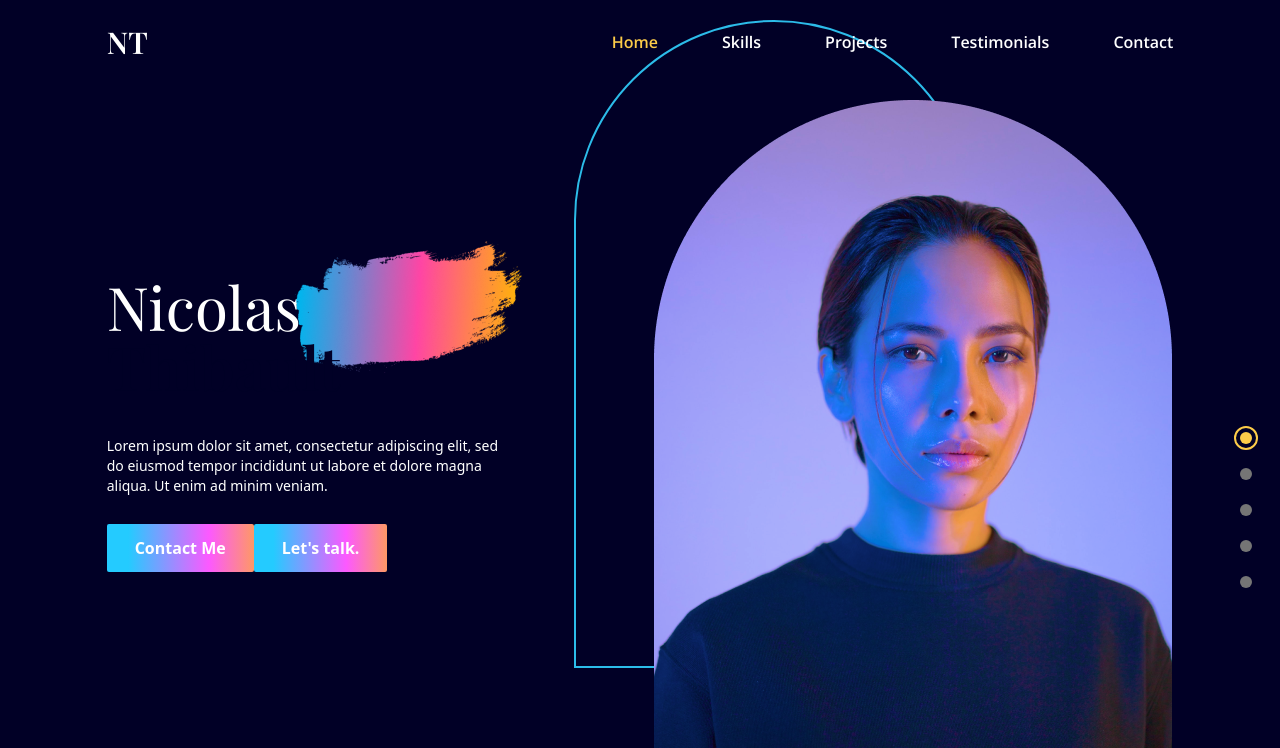
Repository: thibaultNicolas/portfolio-react
Page: /
These files come from the project's save history. The page is drawn as it stood at one moment and after the next save; the edit follows.
The browser window is 1280 px wide. The pictures show the whole page.
The project was rebuilt for these pictures with package versions that can differ from the ones it lists, and the page was loaded fresh each time. Also part of the build but not shown: next.config.ts.

Above is the page before, as saved 2023-01-08 10:48:54.

### public/index.html
<!DOCTYPE html>
<html lang="en">

<head>
  <meta charset="utf-8" />
  <link rel="icon" href="%PUBLIC_URL%/favicon.ico" />
  <meta name="viewport" content="width=device-width, initial-scale=1" />
  <meta name="theme-color" content="#000000" />
  <meta name="description" content="Web site created using create-react-app" />
  <link rel="apple-touch-icon" href="%PUBLIC_URL%/logo192.png" />
  <!--
      manifest.json provides metadata used when your web app is installed on a
      user's mobile device or desktop. See https://developers.google.com/web/fundamentals/web-app-manifest/
    -->
  <link rel="manifest" href="%PUBLIC_URL%/manifest.json" />
  <!--
      Notice the use of %PUBLIC_URL% in the tags above.
      It will be replaced with the URL of the `public` folder during the build.
      Only files inside the `public` folder can be referenced from the HTML.

      Unlike "/favicon.ico" or "favicon.ico", "%PUBLIC_URL%/favicon.ico" will
      work correctly both with client-side routing and a non-root public URL.
      Learn how to configure a non-root public URL by running `npm run build`.
    -->
  <title>React App</title>
  <link href="/public/output.css" rel="stylesheet">
</head>

<body>
  <noscript>You need to enable JavaScript to run this app.</noscript>
  <div id="root"></div>
  <!--
      This HTML file is a template.
      If you open it directly in the browser, you will see an empty page.

      You can add webfonts, meta tags, or analytics to this file.
      The build step will place the bundled scripts into the <body> tag.

      To begin the development, run `npm start` or `yarn start`.
      To create a production bundle, use `npm run build` or `yarn build`.
    -->
</body>

</html>

### src/index.css
@import url('https://fonts.googleapis.com/css2?family=Open+Sans:wght@400;600&family=Playfair+Display:wght@400;600&display=swap');

@tailwind base;
@tailwind components;
@tailwind utilities;

html,
body,
#root,
.app{
    height: 100%;
    background-color: #010026;
    @apply text-white;
}

### src/scenes/Navbar.jsx
import { useState } from 'react';
import AnchorLink from 'react-anchor-link-smooth-scroll';
import useMediaQuery from '../hooks/useMediaQuery';

const Link = ({ page, selectedPage, setSelectedPage }) => {
    const lowerCasePage = page.toLowerCase();
    return (
        <AnchorLink
            className={`${selectedPage === lowerCasePage ? 'text-yellow' : ''}
            hover:text-yellow transition duration-500`}
            href={`#${lowerCasePage}`}
            onClick={() => setSelectedPage(lowerCasePage)}
        >
            {page}
        </AnchorLink>
    );
};

const Navbar = ({ isTopOfPage, selectedPage, setSelectedPage }) => {
    const [isMenuToggled, setIsMenuToggled] = useState(false);
    const isAboveSmallScreens = useMediaQuery('(min-width:768px)');
    const navbarBackground = isTopOfPage ? "" : "bg-red";

    return (
        <nav className={`${navbarBackground} z-40 w-full fixed top-0 py-6`}>
            <div className="flex items-center justify-between mx-auto w-5/6">
                <h4 className="font-playfair text-3xl font-bold">NT</h4>

                {/* DESKTOP NAV */}
                {isAboveSmallScreens ? (
                    <div className="flex justify-between gap-16 font-openSans txt-sm font-semibold">
                        <Link
                            page="Home"
                            selectedPage={selectedPage}
                            setSelectedPage={setSelectedPage}
                        />
                        <Link
                            page="Skills"
                            selectedPage={selectedPage}
                            setSelectedPage={setSelectedPage}
                        />
                        <Link
                            page="Projects"
                            selectedPage={selectedPage}
                            setSelectedPage={setSelectedPage}
                        />
                        <Link
                            page="Testimonials"
                            selectedPage={selectedPage}
                            setSelectedPage={setSelectedPage}
                        />
                        <Link
                            page="Contact"
                            selectedPage={selectedPage}
                            setSelectedPage={setSelectedPage}
                        />
                    </div>
                ) : (
                    <button
                        className="rounded-full bg-red p-2"
                        onClick={() => setIsMenuToggled(!isMenuToggled)}
                    >
                        <img src="../assets/menu-icon.svg" alt="menu-icon" />
                    </button>
                )}

                {/* MOBILE MENU POPUP */}
                {!isAboveSmallScreens && isMenuToggled && (
                    <div className="fixed right-0 bottom-0 h-full bg-blue w-[300px]">
                        {/* CLOSE ICON */}
                        <div className="flex justify-end p-12">
                            <button
                                onClick={() => setIsMenuToggled(!isMenuToggled)}
                            >
                                <img
                                    src="../assets/close-icon.svg"
                                    alt="close-icon"
                                />
                            </button>
                        </div>
                        {/* MENU ITEMS */}
                        <div className="flex flex-col gap-10 ml-[33%] text-2xl text-deep-blue">
                            <Link
                                page="Home"
                                selectedPage={selectedPage}
                                setSelectedPage={setSelectedPage}
                            />
                            <Link
                                page="Skills"
                                selectedPage={selectedPage}
                                setSelectedPage={setSelectedPage}
                            />
                            <Link
                                page="Projects"
                                selectedPage={selectedPage}
                                setSelectedPage={setSelectedPage}
                            />
                            <Link
                                page="Testimonials"
                                selectedPage={selectedPage}
                                setSelectedPage={setSelectedPage}
                            />
                            <Link
                                page="Contact"
                                selectedPage={selectedPage}
                                setSelectedPage={setSelectedPage}
                            />
                        </div>
                    </div>
                )}
            </div>
        </nav>
    );
};

export default Navbar;

### src/scenes/DotGroup.jsx
import AnchorLink from 'react-anchor-link-smooth-scroll';
const DotGroup = ({ selectedPage, setSelectedPage }) => {
    const selectedStyles = `relative bg-yellow before:absolute before:w-6 before:h-6
    before:rounded-full before:border-2 before:border-yellow before:left-[-50%]
    before:top-[-50%]`;
    return (
        <div className="flex flex-col gap-6 fixed top-[60%] right-7">
            <AnchorLink
                className={`${selectedPage === 'home' ? selectedStyles : 'bg-dark-grey'}
            w-3 h-3 rounded-full`}
                href="#home"
                onClick={() => setSelectedPage('home')}
            />
            <AnchorLink
                className={`${selectedPage === 'skills' ? selectedStyles : 'bg-dark-grey'}
            w-3 h-3 rounded-full`}
                href="#skills"
                onClick={() => setSelectedPage('skills')}
            />
            <AnchorLink
                className={`${selectedPage === 'projects' ? selectedStyles : 'bg-dark-grey'}
            w-3 h-3 rounded-full`}
                href="#projects"
                onClick={() => setSelectedPage('projects')}
            />
            <AnchorLink
                className={`${selectedPage === 'testimonials' ? selectedStyles : 'bg-dark-grey'}
            w-3 h-3 rounded-full`}
                href="#testimonials"
                onClick={() => setSelectedPage('testimonials')}
            />
            <AnchorLink
                className={`${selectedPage === 'contact' ? selectedStyles : 'bg-dark-grey'}
            w-3 h-3 rounded-full`}
                href="#contact"
                onClick={() => setSelectedPage('contact')}
            />
        </div>
    );
};
export default DotGroup;

### src/scenes/Landing.jsx
import useMediaQuery from '../hooks/useMediaQuery';
import { motion } from 'framer-motion';
import AnchorLink from 'react-anchor-link-smooth-scroll';

const Landing = ({ setSelectedPage }) => {
    const isAboveMediumScreens = useMediaQuery('(min-width:1060px)');

    return (
        <section
            id="home"
            className="md:flex md:justify-between md:items-center md:h-full gap-16 py-10"
        >
            {/* IMAGE SECTION */}
            <div className="md:order-2 flex justify-center basis-3/5 z-10 mt-16 md:mt-32">
                {isAboveMediumScreens ? (
                    <div className="relative z-0 ml-20 before:absolute before:-top-20 before:-left-20 before:rounded-t-[400px] before:w-full before:max-w-[400px] before:h-full before:border-2 before:border-blue before:z-[-1]">
                        <img
                            src="assets/profile-image.png"
                            alt="profile"
                            className="hover:filter hover:saturate-200 transition duration-500 z-10 w-full max-w-[400px] md:max-w-[600px]"
                        />
                    </div>
                ) : (
                    <img
                        src="assets/profile-image.png"
                        alt="profile"
                        className="hover:filter hover:saturate-200 transition duration-500 z-10 w-full max-w-[400px] md:max-w-[600px]"
                    />
                )}
            </div>

            {/* MAIN SECTION */}
            <div className="z-30 basis-2/5 mt-12 md:mt-32">
                {/* HEADING SECTION */}
                <motion.div
                    initial="hidden"
                    whileInView="visible"
                    viewport={{ once: true, amount: 0.5 }}
                    transition={{ duration: 0.5 }}
                    variants={{
                        hidden: { opacity: 0, x: -50 },
                        visible: { opacity: 1, x: 0 },
                    }}
                >
                    <p className="text-6xl font-playfair z-10 text-center md:text-start">
                        Nicolas {''}
                        <span
                            className="xs:relative xs:text-deep-blue xs:font-semibold z-20
                        xs:before:content-brush before:absolute before:-left-[25px] before:-top-[70px] before:z-[-1]
                        "
                        >
                            Thibault
                        </span>
                    </p>
                    <p className="mt-10 mb-7 text-sm text-center md:text-start">
                        Lorem ipsum dolor sit amet, consectetur adipiscing elit,
                        sed do eiusmod tempor incididunt ut labore et dolore
                        magna aliqua. Ut enim ad minim veniam.
                    </p>
                </motion.div>

                {/* CALL TO ACTION */}
                <motion.div
                    className='flex mt-5 justify-center md:justify-start'
                    initial="hidden"
                    whileInView="visible"
                    viewport={{ once: true, amount: 0.5 }}
                    transition={{ delay:0.2, duration: 0.5 }}
                    variants={{
                        hidden: { opacity: 0, x: -50 },
                        visible: { opacity: 1, x: 0 },
                    }}
                >
                    <AnchorLink
                    className='bg-gradient-rainblue txt-deep-blue rounded-sm py-3 px-7 font-semibold hover:bg-blue hover:text-white transition duration-500'
                    onClick={()=> setSelectedPage("contact")}
                    href="#contact">
                        Contact Me
                    </AnchorLink>

                    <AnchorLink
                    className='bg-gradient-rainblue txt-deep-blue rounded-sm py-3 px-7 font-semibold hover:bg-blue hover:text-white transition duration-500'
                    onClick={()=> setSelectedPage("contact")}
                    href="#contact">
                        <div>
                            Let's talk.
                        </div>
                    </AnchorLink>
                </motion.div>
            </div>
        </section>
    );
};
export default Landing;

### src/hooks/useMediaQuery.jsx
import { useState, useEffect } from 'react';

const useMediaQuery = (query) => {
    const [matches, setMatches] = useState(false);

    useEffect(() => {
        const media = window.matchMedia(query);
        if (media.matches !== matches) {
            setMatches(media.matches);
        }
        const listener = () => setMatches(media.matches);
        window.addEventListener('resize', listener);
        return () => window.removeEventListener('resize', listener);
    }, [matches, query]);

    return matches;
};

export default useMediaQuery;

Loaded but not shown: src/index.js (common file); src/App.js (37 lines, source omitted); tailwind.config.js (41 lines, source omitted); public/output.css (740 lines, source omitted)

After the next save:
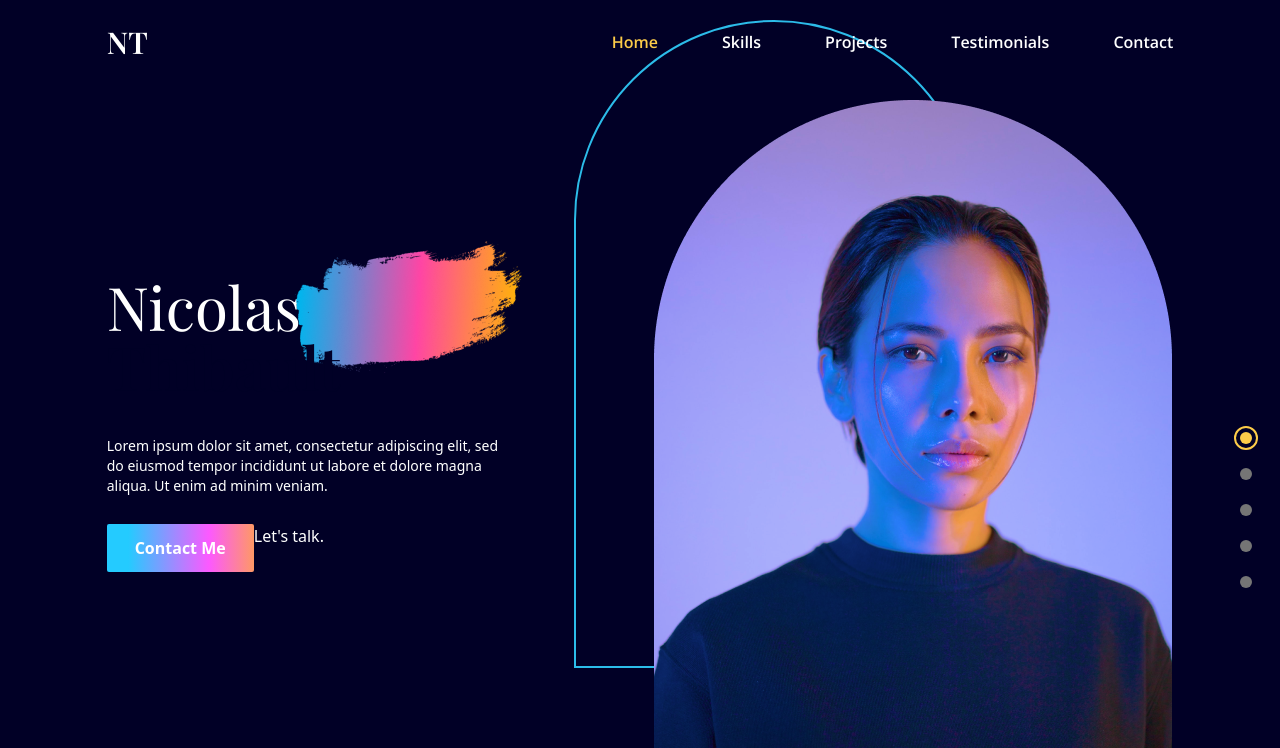
Saved 11 s later.
--- a/src/scenes/Landing.jsx
+++ b/src/scenes/Landing.jsx
@@ -79,7 +79,7 @@ const Landing = ({ setSelectedPage }) => {
                     </AnchorLink>
 
                     <AnchorLink
-                    className='bg-gradient-rainblue txt-deep-blue rounded-sm py-3 px-7 font-semibold hover:bg-blue hover:text-white transition duration-500'
+                    className=''
                     onClick={()=> setSelectedPage("contact")}
                     href="#contact">
                         <div>
